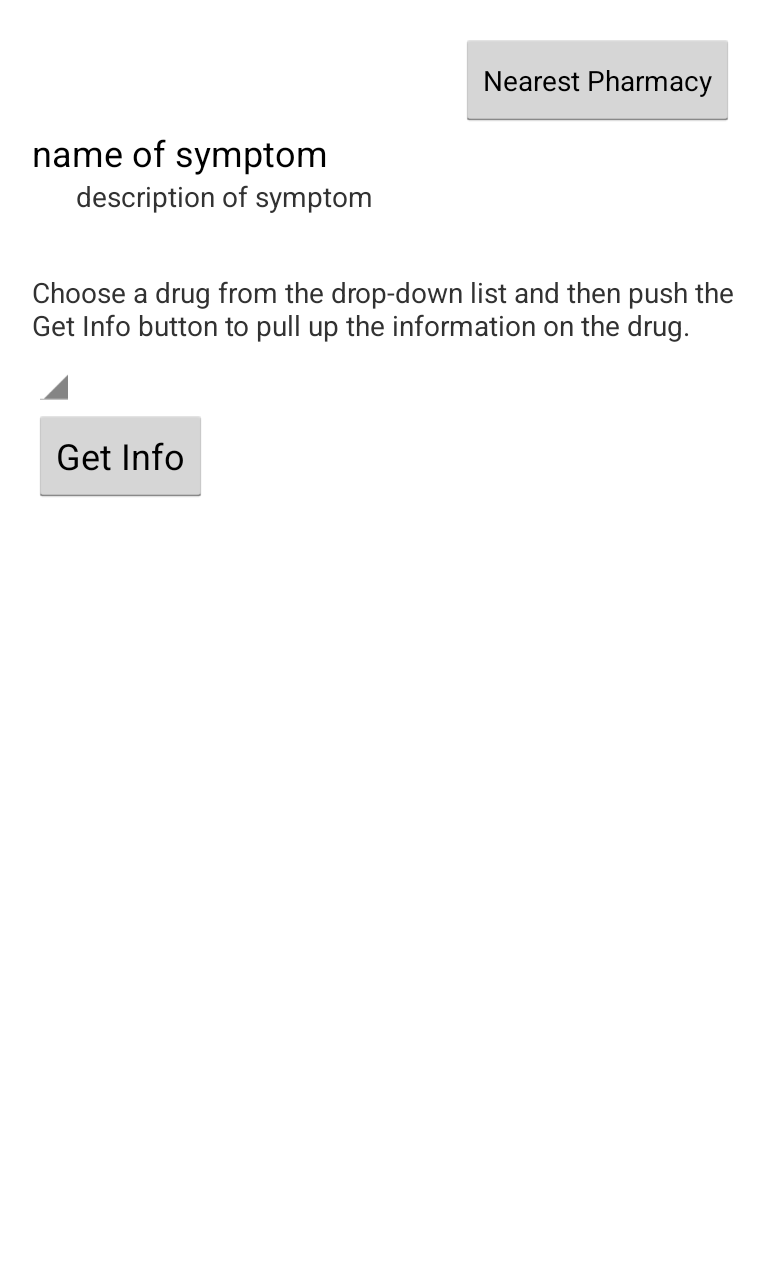
Repository: rosingrr/SympMeds
Layout: app/SympMeds/res/layout/activity_drug_list.xml
The author's editor kept a copy of each file at every save. The layout is drawn from the files as they stood at one save, then again after the next save.
It is drawn on a 768 x 1280 px phone screen (xhdpi) without system bars, with theme AppTheme; the app's code is not run.

Above is the layout before, as saved 2013-08-02 13:44:28.

After the next save:
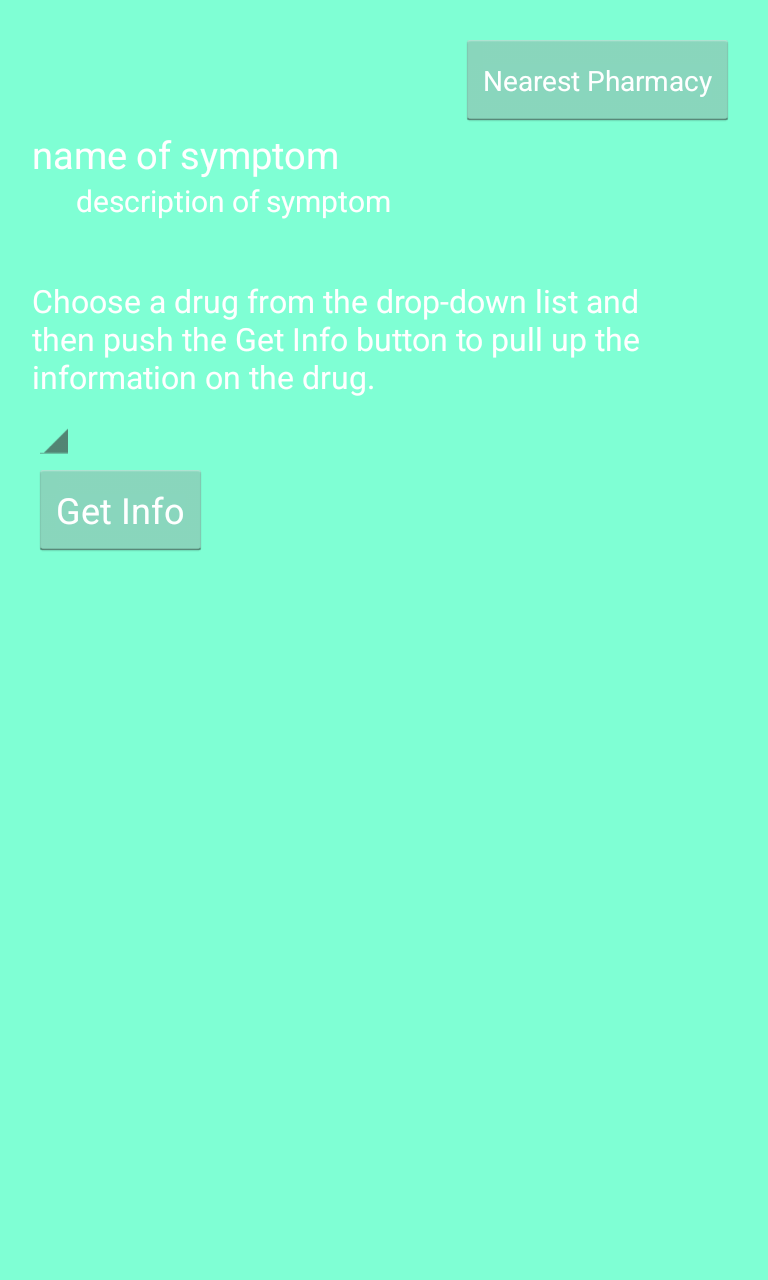
Saved 12 min 18 s later.
--- a/app/SympMeds/res/layout/activity_drug_list.xml
+++ b/app/SympMeds/res/layout/activity_drug_list.xml
@@ -2,6 +2,7 @@
     xmlns:tools="http://schemas.android.com/tools"
     android:layout_width="match_parent"
     android:layout_height="match_parent"
+    android:background="@color/aqua_marine"
     android:paddingBottom="@dimen/activity_vertical_margin"
     android:paddingLeft="@dimen/activity_horizontal_margin"
     android:paddingRight="@dimen/activity_horizontal_margin"
@@ -15,7 +16,8 @@
         android:layout_height="wrap_content"
         android:layout_alignParentRight="true"
         android:layout_alignParentTop="true"
-        android:text="@string/nearest_pharmacy" />
+        android:text="@string/nearest_pharmacy"
+        android:textColor="@color/white" />
 
     <TextView
         android:id="@+id/sympName_textView"
@@ -24,7 +26,9 @@
         android:layout_alignParentLeft="true"
         android:layout_below="@+id/drugListNearest_button"
         android:text="@string/symptom_name"
-        android:textAppearance="?android:attr/textAppearanceMedium" />
+        android:textAppearance="?android:attr/textAppearanceMedium"
+        android:textColor="@color/white"
+        android:textSize="19" />
 
     <TextView
         android:id="@+id/sympDesc_textView"
@@ -34,7 +38,9 @@
         android:layout_below="@+id/sympName_textView"
         android:layout_marginLeft="22dp"
         android:text="@string/symptom_description"
-        android:textAppearance="?android:attr/textAppearanceSmall" />
+        android:textAppearance="?android:attr/textAppearanceSmall"
+        android:textColor="@color/white"
+        android:textSize="15" />
 
     <TextView
         android:id="@+id/drugInstr_textView"
@@ -43,7 +49,9 @@
         android:layout_alignParentLeft="true"
         android:layout_below="@+id/sympDesc_textView"
         android:layout_marginTop="29dp"
-        android:text="@string/drug_instructions" />
+        android:text="@string/drug_instructions"
+        android:textColor="@color/white"
+        android:textSize="16" />
 
     <Spinner
         android:id="@+id/drug_spinner"
@@ -58,7 +66,8 @@
         android:layout_height="wrap_content"
         android:layout_alignParentLeft="true"
         android:layout_below="@+id/drug_spinner"
+        android:onClick="getInfo"
         android:text="@string/get_info"
-        android:onClick="getInfo" />
+        android:textColor="@color/white" />
 
 </RelativeLayout>
--- a/app/SympMeds/res/values/strings.xml
+++ b/app/SympMeds/res/values/strings.xml
@@ -22,10 +22,10 @@
     <string name="end">/////</string>
 
     <string name="title_activity_drug_info">DrugInfo</string>
-    <string name="drug_name">name of drug</string>
-    <string name="symptoms_label">Symptoms the drug treats:</string>
-    <string name="side_effects_label">Side-Effects drug might have:</string>
-    <string name="directions_label">Directions of use:</string>
+    <string name="drug_name">Medication Name</string>
+    <string name="symptoms_label">Uses:</string>
+    <string name="side_effects_label">Warnings:</string>
+    <string name="directions_label">Directions:</string>
     <string name="unknown">unknown</string>
     <string name="medications">Medications</string>
 
